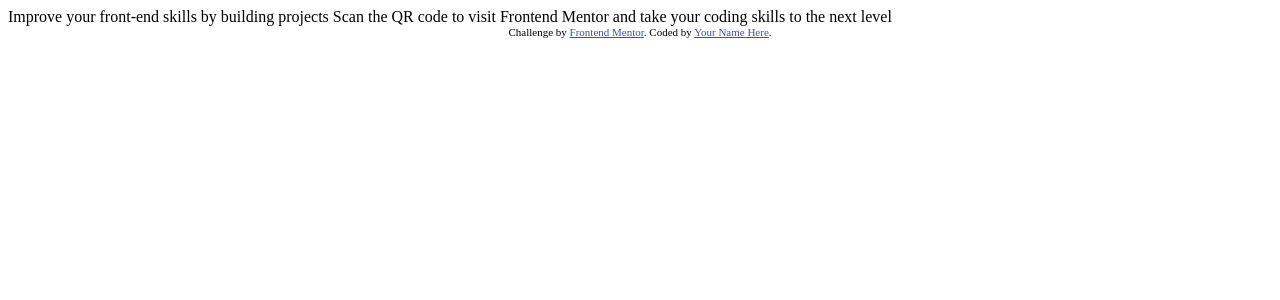
Repository: moataz305G/qr-code-component
Page: index.html
The author's editor kept a copy of each file at every save. The page is drawn from the files as they stood at one save, then again after the next save.
The browser window is 1280 px wide. The pictures show the whole page.

Above is the page before, as saved 2025-11-10 06:57:06.

### index.html
<!DOCTYPE html>
<html lang="en">
<head>
  <meta charset="UTF-8">
  <meta name="viewport" content="width=device-width, initial-scale=1.0"> <!-- displays site properly based on user's device -->

  <link rel="icon" type="image/png" sizes="32x32" href="./images/favicon-32x32.png">

  <title>Frontend Mentor | QR code component</title>

  <!-- Feel free to remove these styles or customise in your own stylesheet 👍 -->
  <style>
    .attribution { font-size: 11px; text-align: center; }
    .attribution a { color: hsl(228, 45%, 44%); }
  </style>
</head>
<body>

  Improve your front-end skills by building projects

  Scan the QR code to visit Frontend Mentor and take your coding skills to the next level

  <div class="attribution">
    Challenge by <a href="https://www.frontendmentor.io?ref=challenge" target="_blank">Frontend Mentor</a>.
    Coded by <a href="#">Your Name Here</a>.
  </div>
</body>
</html>

After the next save:
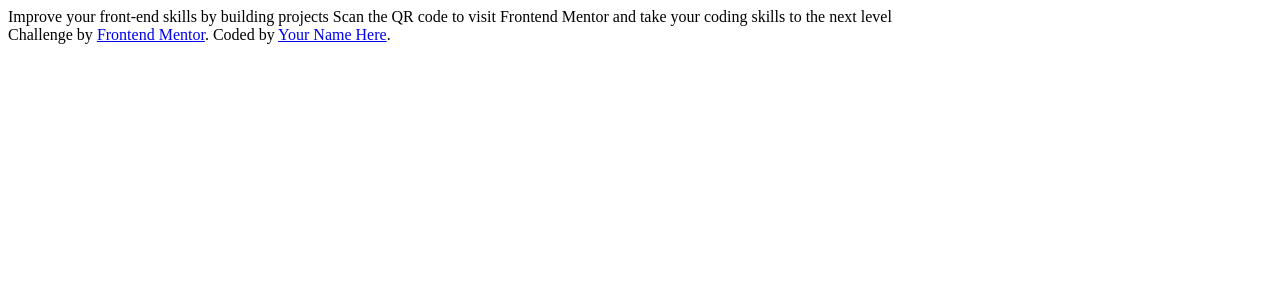
Saved 3 min 0 s later.
--- a/index.html
+++ b/index.html
@@ -1,28 +1,30 @@
 <!DOCTYPE html>
 <html lang="en">
-<head>
-  <meta charset="UTF-8">
-  <meta name="viewport" content="width=device-width, initial-scale=1.0"> <!-- displays site properly based on user's device -->
+  <head>
+    <meta charset="UTF-8" />
+    <meta name="viewport" content="width=device-width, initial-scale=1.0" />
+    <!-- displays site properly based on user's device -->
 
-  <link rel="icon" type="image/png" sizes="32x32" href="./images/favicon-32x32.png">
+    <link
+      rel="icon"
+      type="image/png"
+      sizes="32x32"
+      href="./images/favicon-32x32.png"
+    />
 
-  <title>Frontend Mentor | QR code component</title>
+    <title>Frontend Mentor | QR code component</title>
 
-  <!-- Feel free to remove these styles or customise in your own stylesheet 👍 -->
-  <style>
-    .attribution { font-size: 11px; text-align: center; }
-    .attribution a { color: hsl(228, 45%, 44%); }
-  </style>
-</head>
-<body>
+    <!-- Feel free to remove these styles or customise in your own stylesheet 👍 -->
+  </head>
+  <body>
+    Improve your front-end skills by building projects Scan the QR code to visit
+    Frontend Mentor and take your coding skills to the next level
 
-  Improve your front-end skills by building projects
-
-  Scan the QR code to visit Frontend Mentor and take your coding skills to the next level
-
-  <div class="attribution">
-    Challenge by <a href="https://www.frontendmentor.io?ref=challenge" target="_blank">Frontend Mentor</a>.
-    Coded by <a href="#">Your Name Here</a>.
-  </div>
-</body>
+    <div class="attribution">
+      Challenge by
+      <a href="https://www.frontendmentor.io?ref=challenge" target="_blank"
+        >Frontend Mentor</a
+      >. Coded by <a href="#">Your Name Here</a>.
+    </div>
+  </body>
 </html>
